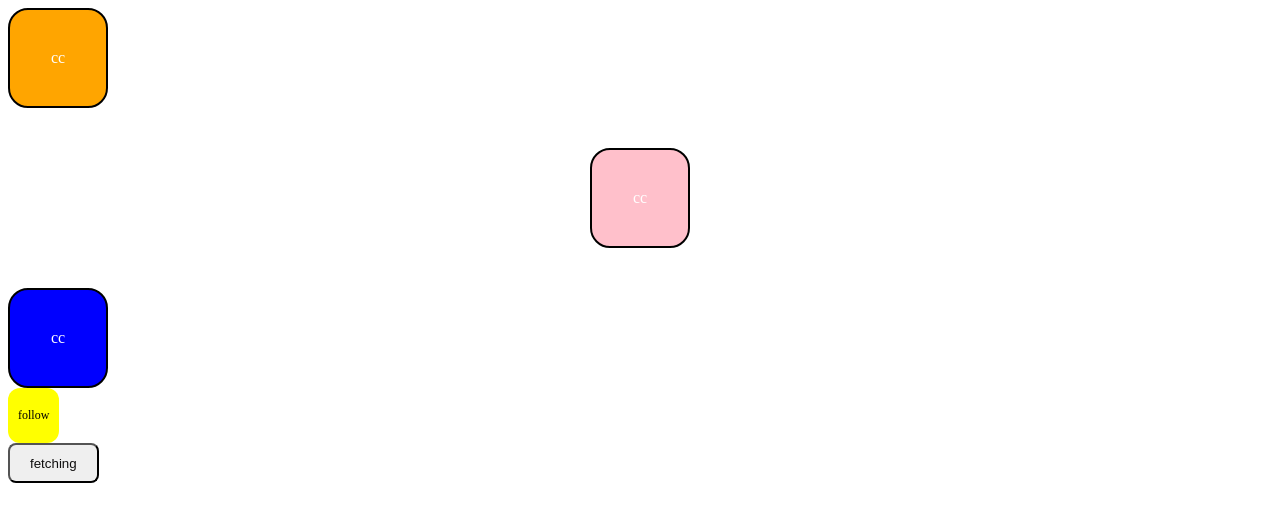
Repository: 16-Doffy/howtouse-htmlcss
Page: box_sizing/index.html
The author's editor kept a copy of each file at every save. The page is drawn from the files as they stood at one save, then again after the next save.
The browser window is 1280 px wide. The pictures show the whole page.

Above is the page before, as saved 2024-12-20 19:50:49.

### box_sizing/index.html
<!DOCTYPE html>
<html lang="en">
<head>
    <meta charset="UTF-8">
    <meta name="viewport" content="width=device-width, initial-scale=1.0">
    <link rel="stylesheet" href="styles.css">
    <title>Box-Sizing</title>
</head>
<body>
        <div class="boxed">cc</div>
        <div class="boxed">cc</div>
        <div class="boxed">cc</div>
        <div class="follow">follow</div>
        <button class="fetching">fetching</button>
</body>
</html>

### box_sizing/styles.css

*,
*::before,
*::after{
    box-sizing: border-box;
}
.boxed{
    width: 100px;
    height: 100px;
    border-radius: 20px;
    border: 2px solid black;
    background-color: blue;
    color: white;
    display: flex;
    align-items: center;
    justify-content: center;
}
.boxed:first-child{
    background-color: orange;
    margin-bottom: 40px;
}
.boxed:nth-child(2){
    background-color: pink;
    /* margin-top: 20px;
    margin-bottom: 20px;
    margin-left: 50px;
    margin-left: auto;
    margin-right: auto; thay thế = margin: top / right / bot / left*/
    margin: 10px 0px 30px 0px;
    margin: 0 auto;
    margin-inline: auto;   /*margin-right/left*/
    margin-block: 40px;/*margin-top/lbot*/
}
.follow {
    display: inline-block; /* Đảm bảo width tự động theo nội dung */
    border-radius: 12px;
    background-color: yellow;
    text-align: center;
    border: none;
    font-size: 12px;
    color: black;
    padding-inline: 10px;
    padding-block: 20px;
    width: auto;
    height: auto;
}
.fetching{
    padding: 0 20px;
    display: flex;
    justify-content: center;
    align-items: center;
    height: 40px;
    border-radius: 8px;
    color: rgb(15, 14, 14);
}

After the next save:
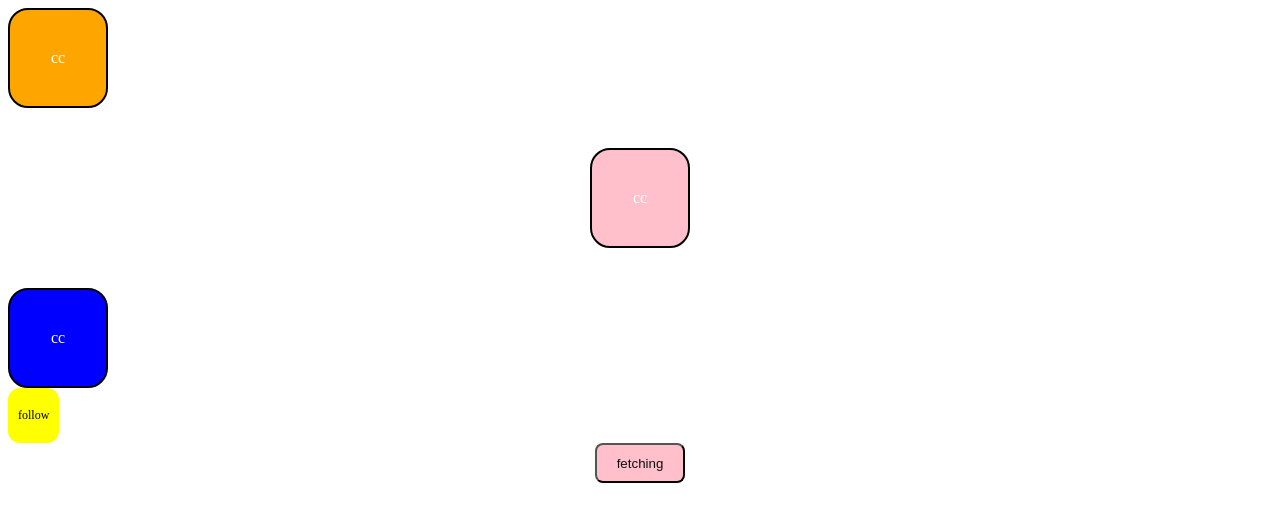
Saved 18 s later.
--- a/box_sizing/styles.css
+++ b/box_sizing/styles.css
@@ -52,4 +52,6 @@
     height: 40px;
     border-radius: 8px;
     color: rgb(15, 14, 14);
+    background-color: pink;
+    margin: 0 auto;
 }
